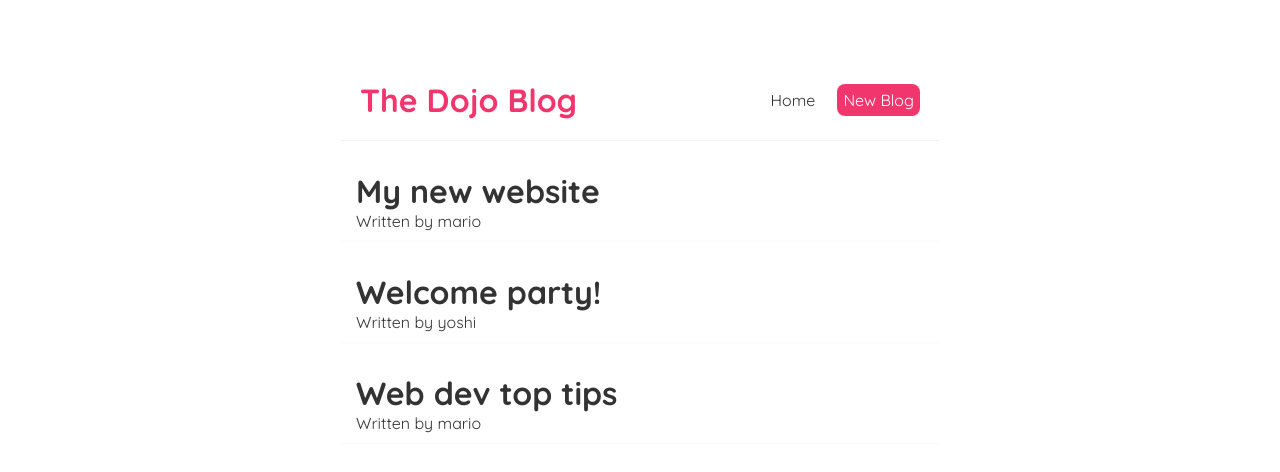
Repository: DESTINYAS/Reactjs
Page: /
These files come from the project's save history. The page is drawn as it stood at one moment and after the next save; the edit follows.
The browser window is 1280 px wide. The pictures show the whole page.
The project was rebuilt for these pictures with package versions that can differ from the ones it lists, and the page was loaded fresh each time.

Above is the page before, as saved 2022-11-29 07:59:05.

### src/index.css
@import url("https://fonts.googleapis.com/css2?family=Quicksand:wght@300;400;500;600;700&display=swap");
/* base styles */
* {
  margin: 0;
  font-family: "Quicksand";
  color: #333;
}
.navbar {
  padding: 20px;
  display: flex;
  align-items: center;
  max-width: 600px;
  margin: 0 auto;
  border-bottom: 1px solid #f2f2f2;
}
.navbar h1 {
  color: #f1356d;
}
.navbar .links {
  margin-left: auto;
}
.navbar a {
  margin-left: 16px;
  text-decoration: none;
  padding: 6px;
}
.navbar a:hover {
  color: #f1356d;
}
.content {
  max-width: 600px;
  margin: 40px auto;
  padding: 20px;
}

/* blog previews / list */
.blog-preview {
  padding: 10px 16px;
  margin: 20px 0;
  border-bottom: 1px solid #fafafa;
}
.blog-preview:hover {
  box-shadow: 1px 3px 5px rgba(0, 0, 0, 0.1);
}
.blog-preview h2 {
  font-size: 20px;
  color: #f1356d;
  margin-bottom: 8px;
}

### src/App.js
import Navbar from "./Navbar";
import Home from "./Home";

function App() {
  return (
    <div className="App">
      <div className="content">
        <Navbar />
        <Home />
      </div>
    </div>
  );
}

export default App;

### src/Navbar.js
const Navbar = () => {
  return (
    <div className="navbar">
      <h1>The Dojo Blog</h1>
      <div className="links">
        <a href="/">Home</a>
        <a
          href="/create"
          style={{
            color: "white",
            backgroundColor: "#f1356d",
            borderRadius: "8px",
          }}
        >
          New Blog
        </a>
      </div>
    </div>
  );
};

export default Navbar;

### src/Home.js
import { useState } from "react";

const Home = () => {
  const [blogs, setBlogs] = useState([
    { title: "My new website", body: "lorem ipsum...", author: "mario", id: 1 },
    { title: "Welcome party!", body: "lorem ipsum...", author: "yoshi", id: 2 },
    {
      title: "Web dev top tips",
      body: "lorem ipsum...",
      author: "mario",
      id: 3,
    },
  ]);
  return (
    <div className="home">
      {blogs.map((blog) => (
        <div className="blog-preview" key={blog.id}>
          <h1>{blog.title}</h1>
          <p>Written by {blog.author}</p>
        </div>
      ))}
    </div>
  );
};

export default Home;

Loaded but not shown: public/index.html (common file); src/index.js (common file)

After the next save:
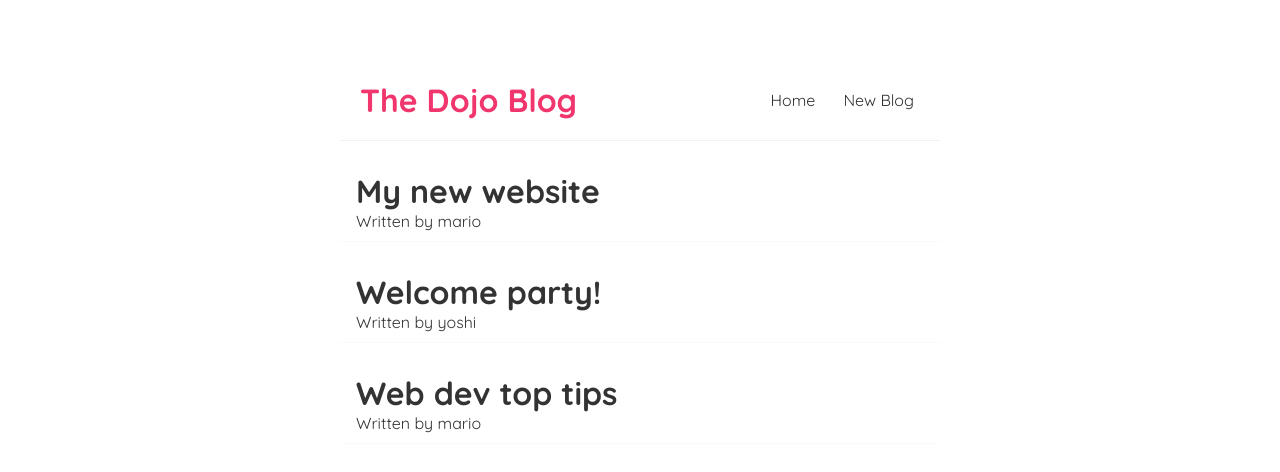
Saved 110 s later.
--- a/src/Navbar.js
+++ b/src/Navbar.js
@@ -6,11 +6,11 @@ const Navbar = () => {
         <a href="/">Home</a>
         <a
           href="/create"
-          style={{
-            color: "white",
-            backgroundColor: "#f1356d",
-            borderRadius: "8px",
-          }}
+          // style={{
+          //   color: "white",
+          //   backgroundColor: "#f1356d",
+          //   borderRadius: "8px",
+          // }}
         >
           New Blog
         </a>
